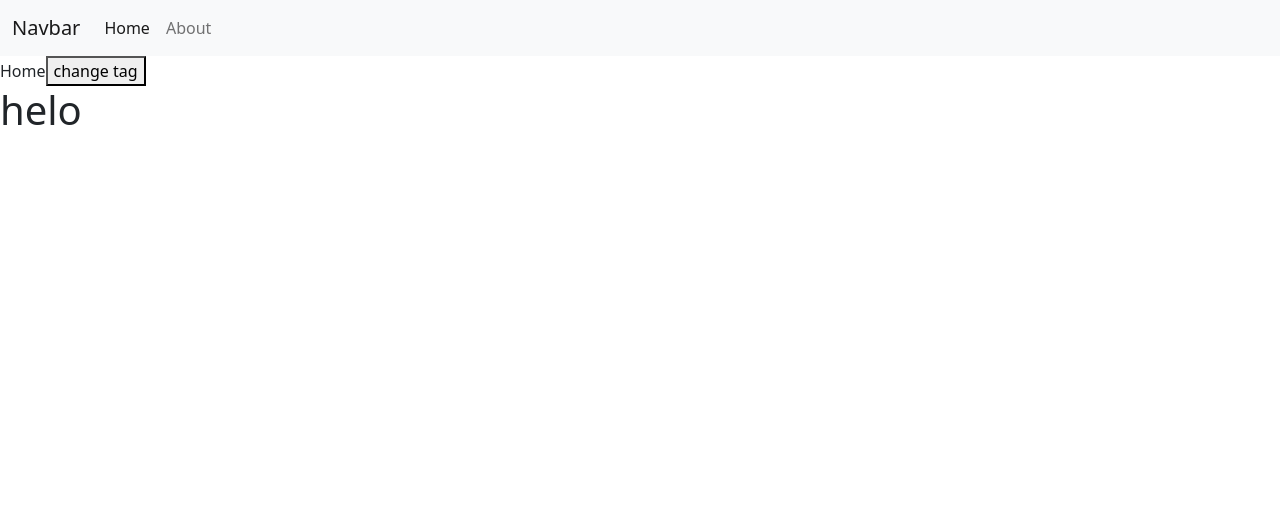
Repository: Asad-devv/inotebook-mern
Page: /
The author's editor kept a copy of each file at every save. The page is drawn from the files as they stood at one save, then again after a run of saves.
The browser window is 1280 px wide. The pictures show the whole page.
The project was rebuilt for these pictures with package versions that can differ from the ones it lists, and the page was loaded fresh each time. Also part of the build but not shown: vite.config.js, src/components/About.jsx.

Above is the page before, as saved 2023-04-13 20:22:10.

### index.html
<!DOCTYPE html>
<html lang="en">
  <head>
    <meta charset="UTF-8" />
    <link rel="icon" type="image/svg+xml" href="/vite.svg" />
    <meta name="viewport" content="width=device-width, initial-scale=1.0" />
    <link href="https://cdn.jsdelivr.net/npm/bootstrap@5.0.2/dist/css/bootstrap.min.css" rel="stylesheet" integrity="sha384-EVSTQN3/azprG1Anm3QDgpJLIm9Nao0Yz1ztcQTwFspd3yD65VohhpuuCOmLASjC" crossorigin="anonymous">
    <title>iNotebook</title>
  </head>
  <body>
    <div id="root"></div>
    <script type="module" src="/src/main.jsx"></script>


    <script src="https://cdn.jsdelivr.net/npm/@popperjs/core@2.9.2/dist/umd/popper.min.js" integrity="sha384-IQsoLXl5PILFhosVNubq5LC7Qb9DXgDA9i+tQ8Zj3iwWAwPtgFTxbJ8NT4GN1R8p" crossorigin="anonymous"></script>
    <script src="https://cdn.jsdelivr.net/npm/bootstrap@5.0.2/dist/js/bootstrap.min.js" integrity="sha384-cVKIPhGWiC2Al4u+LWgxfKTRIcfu0JTxR+EQDz/bgldoEyl4H0zUF0QKbrJ0EcQF" crossorigin="anonymous"></script>
  </body>
</html>

### src/main.jsx
import React from 'react'
import ReactDOM from 'react-dom/client'
import App from './App'
// import './index.css'
import { BrowserRouter } from "react-router-dom"
import { Provider } from 'react-redux'
import store from './states/Store'


ReactDOM.createRoot(document.getElementById('root')).render(
  <React.StrictMode>
    <BrowserRouter>
    <Provider store={store} >
    <App />
    </Provider>
    </BrowserRouter>
  </React.StrictMode>,
)

### src/App.jsx
import { useState } from 'react'
import reactLogo from './assets/react.svg'
import viteLogo from '/vite.svg'
// import './App.css'
import {Home,Navbar,About} from "./components"
import { Route, Routes } from "react-router-dom"




function App() {

  return (
      <>
      <Navbar/>
      <Routes>
      <Route path="/" element={<Home />} />
      <Route path="/about" element={<About />} />
      </Routes>


    </>
  );
}
export default App

### src/states/Store.js
import { configureStore } from '@reduxjs/toolkit'
import notesReducer from "./redux/notesSlice"


export default configureStore({
  reducer: {notes:notesReducer},
})

### src/components/index.js
import Home from "./Home"
import Navbar from "./Navbar"
import About from "./About"



export { Home,Navbar,About }

### src/states/redux/notesSlice.js
import { createSlice } from '@reduxjs/toolkit'


export const notesSlice= createSlice({
    name:'notes',
    initialState:{value:{
        tag:"helo",description:"as",title:"check"
    }},
    reducers:{
        update:(state)=>{
            setTimeout(()=>{state.value.tag+="gellp"},1000)

        }
    }
})


export const { update} = notesSlice.actions

export default notesSlice.reducer

### src/components/Home.jsx
import React from 'react'
import { useSelector,useDispatch } from 'react-redux'
import { update } from '../states/redux/notesSlice';


const Home = () => {
  const dispatch= useDispatch();
  const tag =  useSelector((state) => state.notes.value.tag)
  console.log(tag)
  return (
    <div>Home
        <button onClick={()=>dispatch(update())} >change tag</button>
        <h1>{tag}</h1>
    </div>
  )
}

export default Home

### src/components/Navbar.jsx
import React,{useEffect,useState} from 'react'
import {Link,useLocation } from "react-router-dom"

const Navbar = () => {


  let location = useLocation();
  const [activeLink, setActiveLink] = useState()

  useEffect(() => {
    // Google Analytics
  }, [location]);

  return (

    <nav className="navbar navbar-expand-lg navbar-light bg-light">
      <div className="container-fluid">
        <a className="navbar-brand" href="#">Navbar</a>
        <button className="navbar-toggler" type="button" data-bs-toggle="collapse" data-bs-target="#navbarNav" aria-controls="navbarNav" aria-expanded="false" aria-label="Toggle navigation">
          <span className="navbar-toggler-icon" />
        </button>
        <div className="collapse navbar-collapse" id="navbarNav">
          <ul className="navbar-nav">
            <li className="nav-item">
              <Link to="/" className={`${location.pathname==="/" && "active"}   nav-link`} aria-current="page" href="#">Home</Link >
            </li>

            <li className="nav-item">
              <Link to="/about" className={`${location.pathname==="/about" && "active"}   nav-link`} href="#">About</Link >
            </li>

          </ul>
        </div>
      </div>
    </nav>  )
}

export default Navbar

After the next 2 saves:
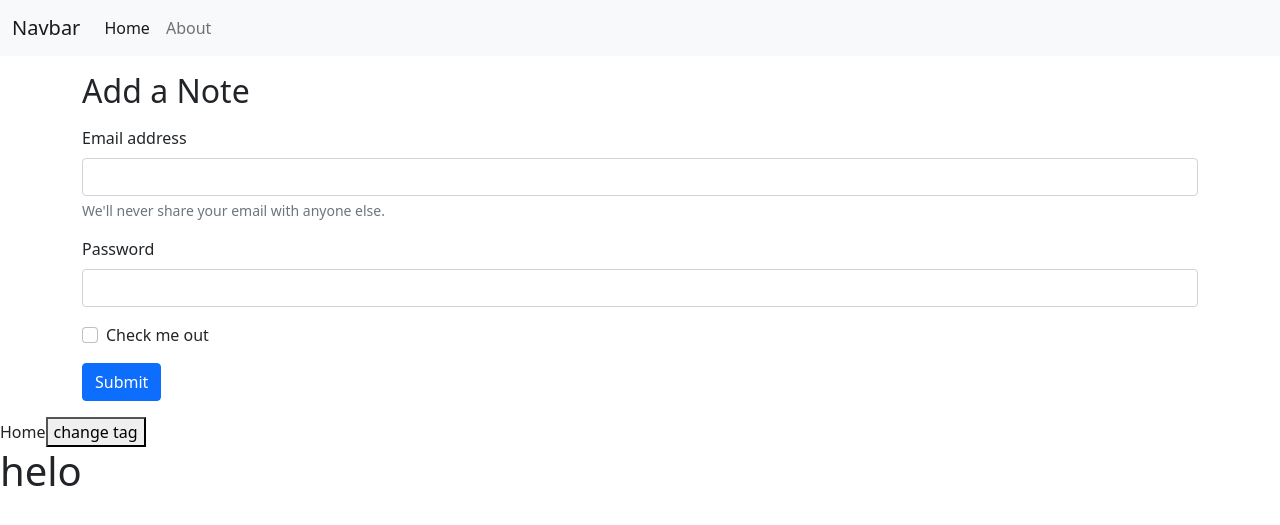
The 2 saves are shown as one change because they came seconds apart.
The last was saved 3 h 38 min later.
--- a/src/components/Home.jsx
+++ b/src/components/Home.jsx
@@ -8,7 +8,29 @@ const Home = () => {
   const tag =  useSelector((state) => state.notes.value.tag)
   console.log(tag)
   return (
-    <div>Home
+    <div>
+
+      <div className="container my-3">
+            <h2>Add a Note</h2>
+            <form className="my-3">
+                <div class="mb-3">
+                    <label for="exampleInputEmail1" class="form-label">Email address</label>
+                    <input type="email" class="form-control" id="exampleInputEmail1" aria-describedby="emailHelp"/>
+                    <div id="emailHelp" class ="form-text">We'll never share your email with anyone else.</div>
+                </div>
+                <div class="mb-3">
+                    <label for="exampleInputPassword1" class="form-label">Password</label>
+                    <input type="password" class="form-control" id="exampleInputPassword1"/>
+                </div>
+                <div class="mb-3 form-check">
+                    <input type="checkbox" class="form-check-input" id="exampleCheck1"/>
+                    <label class ="form-check-label" for="exampleCheck1">Check me out</label>
+                </div>
+                <button type="submit" class="btn btn-primary">Submit</button>
+            </form>
+            </div>
+
+      Home
         <button onClick={()=>dispatch(update())} >change tag</button>
         <h1>{tag}</h1>
     </div>
